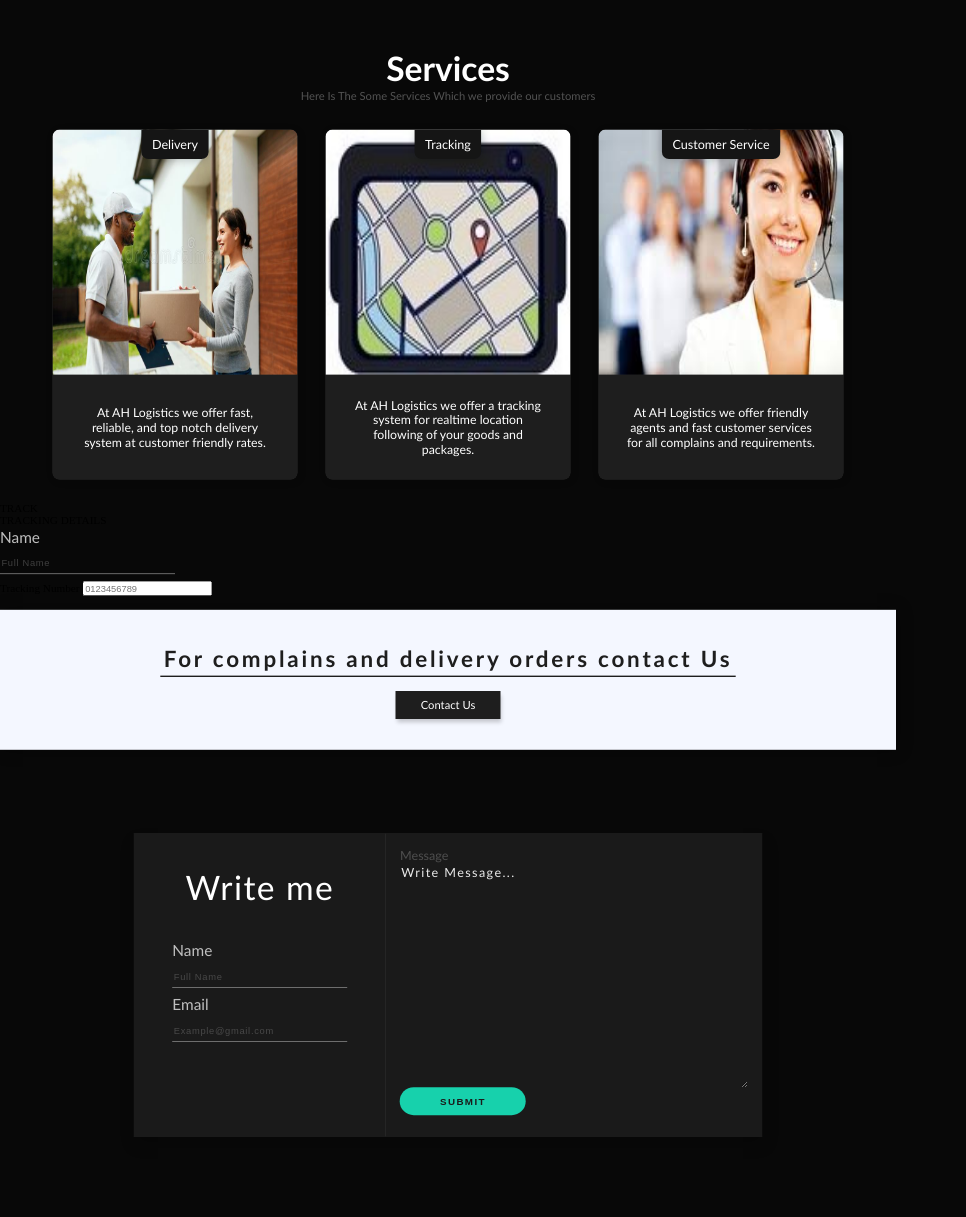
Repository: TheSecretlifeOfX/Ah-Logistics
Page: index.html
The author's editor kept a copy of each file at every save. The page is drawn from the files as they stood at one save, then again after the next save.
The browser window is 1280 px wide. The page is 1380 px wide, so the pictures cover 1380 px, including what lies to the right of the window. The pictures show the part of the page from y = 1503 to 3263 px (the page is 3242 px tall before and 3263 px after), at 70% of full size.

Above is the page before, as saved 2022-03-01 22:35:47.

After the next save:
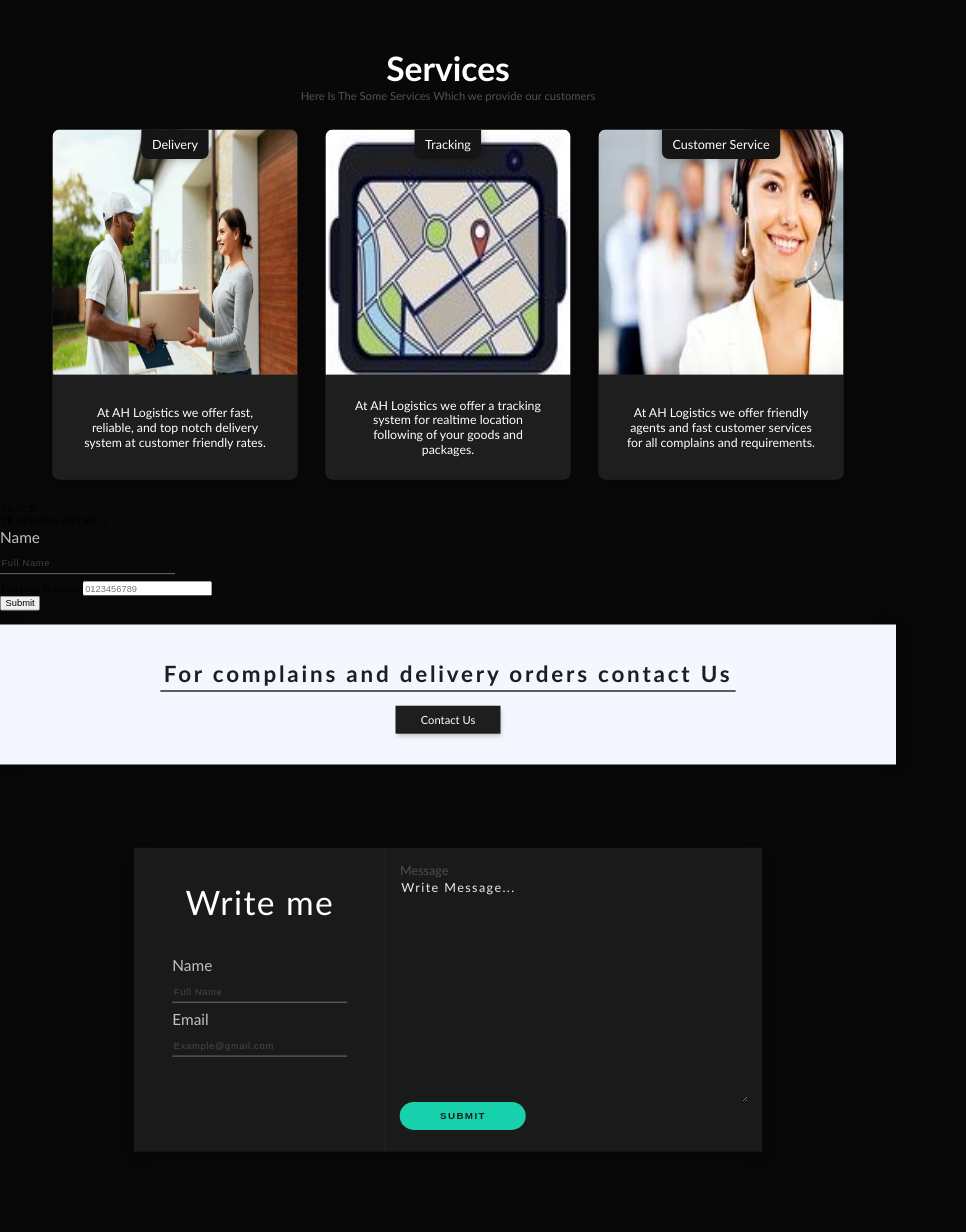
Saved 2 min 15 s later.
--- a/index.html
+++ b/index.html
@@ -83,6 +83,7 @@
 <font >Tracking Number</font>
 <input type="Tracking Number" placeholder="0123456789"/>
 </div>
+<button>Submit</button>
     </form>
 	</div>
 	</div>
@@ -112,7 +113,6 @@
 <textarea name="message" rows="5" cols="20" placeholder="Write Message..."></textarea>
 <button>Submit</button>
 </div>
-
 </form>
 </section>
 </body>
